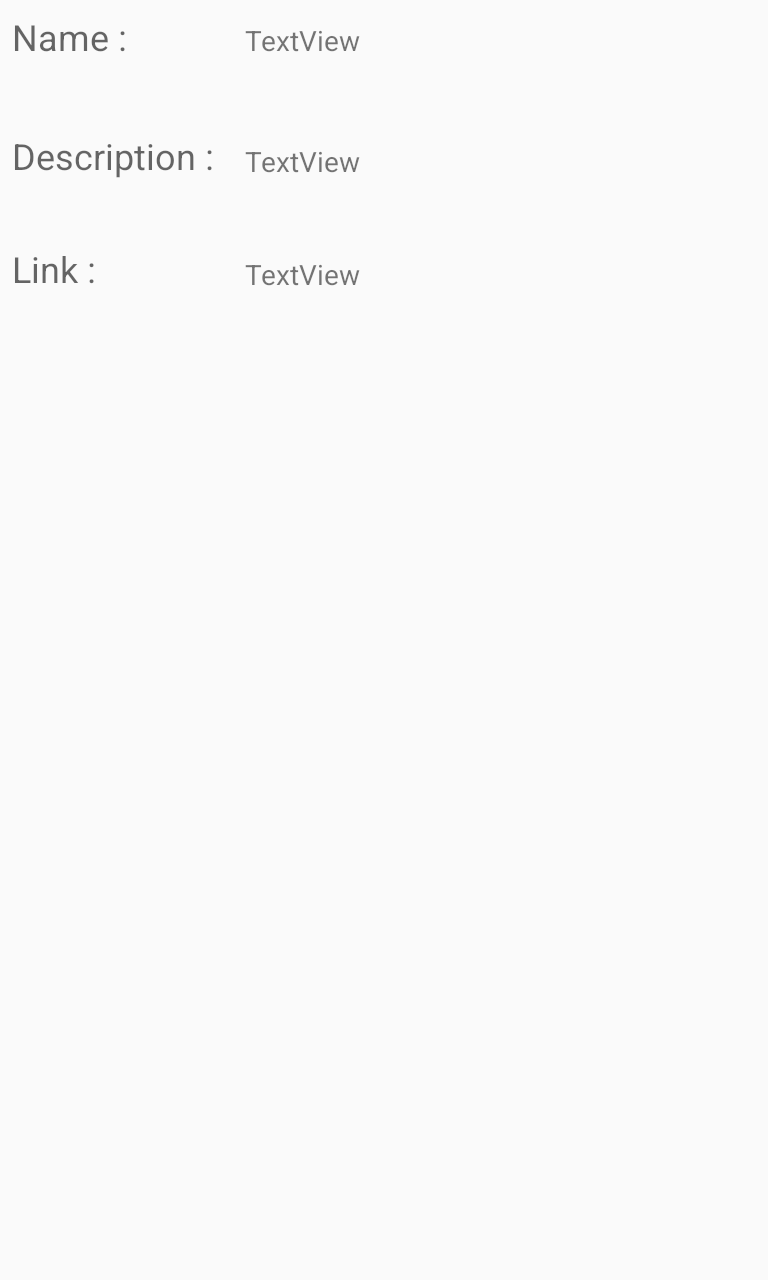
Repository: HAYKEL88/MASTER2_PFE
Layout: PFE_ANDROID/res/layout/serviceslist.xml
An editor plug-in stored every save of this project. The layout is shown before and after the next save, followed by the edit.
It is drawn on a 768 x 1280 px phone screen (xhdpi) without system bars, with theme AppTheme; the app's code is not run.

Above is the layout before, as saved 2014-12-21 13:02:17.

After the next save:
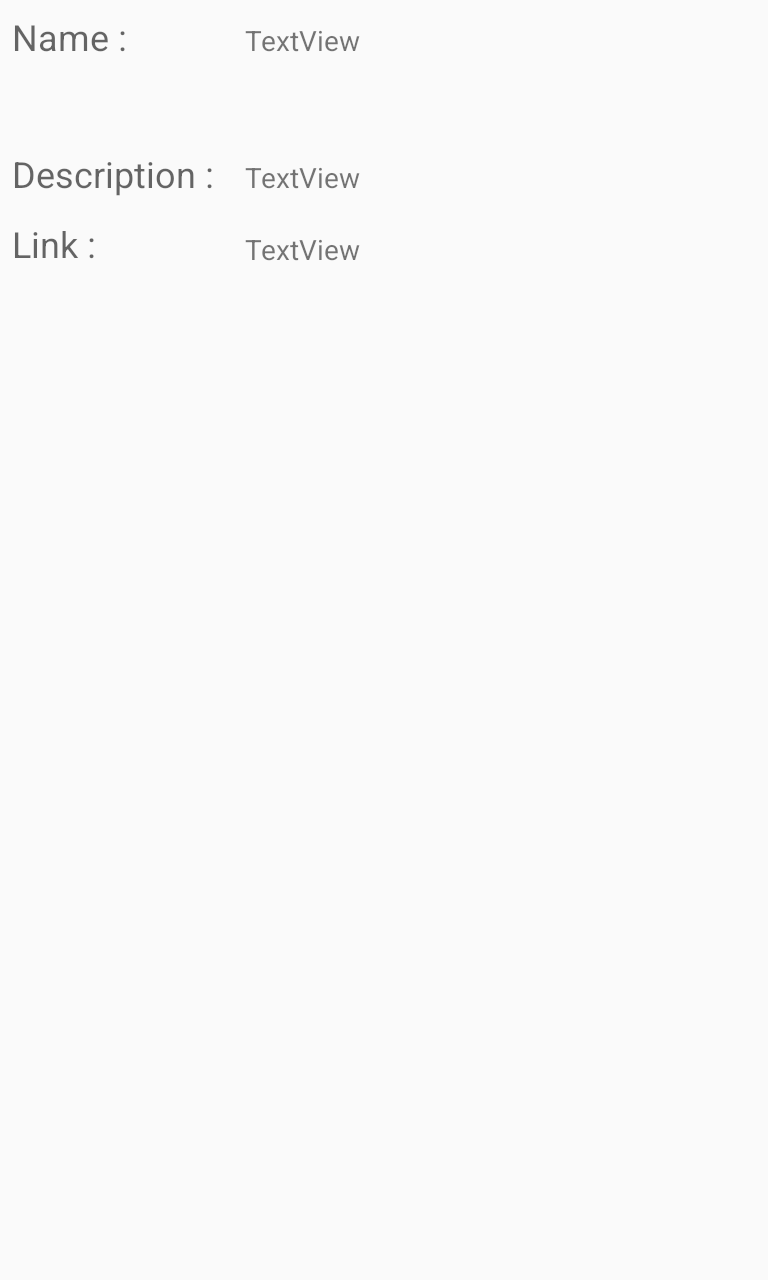
Saved 11 min 41 s later.
--- a/PFE_ANDROID/res/layout/serviceslist.xml
+++ b/PFE_ANDROID/res/layout/serviceslist.xml
@@ -25,20 +25,12 @@
         android:text="TextView" />
 
     <TextView
-        android:id="@+id/tvObjectifComments"
-        android:layout_width="wrap_content"
-        android:layout_height="wrap_content"
-        android:layout_alignBottom="@+id/textView3"
-        android:layout_alignLeft="@+id/tvObjectifPriority"
-        android:text="TextView" />
-
-    <TextView
         android:id="@+id/textView2"
         android:layout_width="wrap_content"
         android:layout_height="wrap_content"
         android:layout_alignLeft="@+id/tvWelcomeUser"
         android:layout_below="@+id/tvWelcomeUser"
-        android:layout_marginTop="35dp"
+        android:layout_marginTop="44dp"
         android:text="Description :"
         android:textAppearance="?android:attr/textAppearanceMedium" />
 
@@ -46,17 +38,26 @@
         android:id="@+id/tvObjectifPriority"
         android:layout_width="wrap_content"
         android:layout_height="wrap_content"
+        android:layout_alignBaseline="@+id/textView2"
         android:layout_alignBottom="@+id/textView2"
         android:layout_alignLeft="@+id/tvObjectifName"
+        android:text="TextView" />
+
+    <TextView
+        android:id="@+id/tvObjectifComments"
+        android:layout_width="wrap_content"
+        android:layout_height="wrap_content"
+        android:layout_alignLeft="@+id/tvObjectifPriority"
+        android:layout_below="@+id/textView2"
+        android:layout_marginTop="16dp"
         android:text="TextView" />
 
     <TextView
         android:id="@+id/textView3"
         android:layout_width="wrap_content"
         android:layout_height="wrap_content"
+        android:layout_alignBottom="@+id/tvObjectifComments"
         android:layout_alignLeft="@+id/textView2"
-        android:layout_below="@+id/textView2"
-        android:layout_marginTop="32dp"
         android:text="Link :"
         android:textAppearance="?android:attr/textAppearanceMedium" />
 
